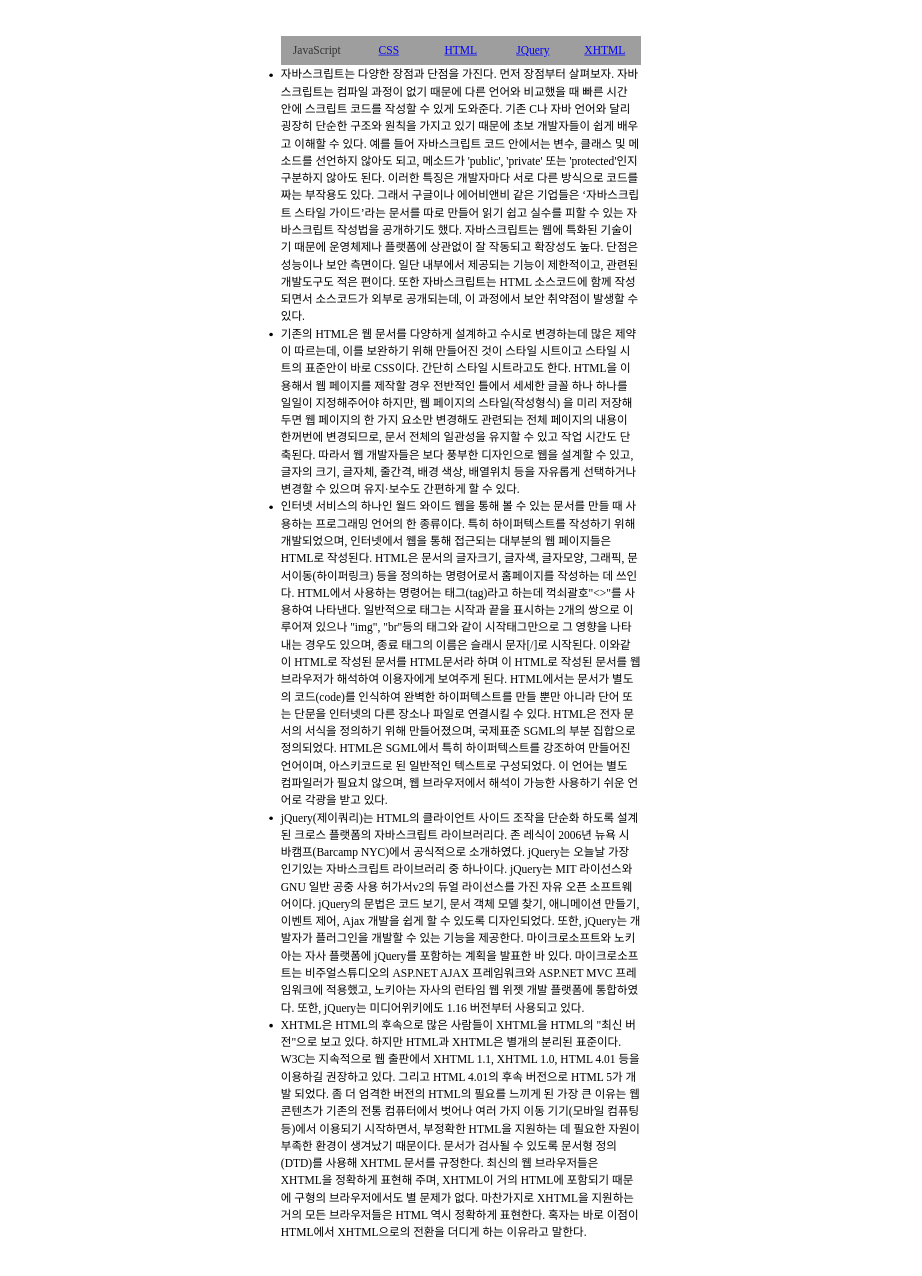
Repository: RYE415/4.jsp
Page: JQueryTest/src/main/webapp/4.effect/03.TabMenu.html
These files come from the project's save history. The page is drawn as it stood at one moment and after the next save; the edit follows.
The browser window is 1280 px wide. The pictures show the whole page, at 72% of full size.
Pictures or frames that could not be fetched are drawn as grey boxes.

Above is the page before, as saved 2022-08-04 01:08:24.

### JQueryTest/src/main/webapp/4.effect/03.TabMenu.html
<!DOCTYPE html>
<html>
<head>
<meta charset="UTF-8">
<script type="text/javascript" src="http://code.jquery.com/jquery-3.3.1.min.js">
</script>
<title>03.TabMenu.html</title>
<style>
   * { /*모든 태그는 좌측 상단을 0,0을 기준으로 배치*/
   	 margin:0; /*바깥여백*/
   	 padding:0; /*안쪽여백*/
   }
   #container {
   	 width:500px; /*임의의 숫자,탭의 수, 탭의 넓이를 고려 작성*/
   	 margin:50px auto; /*상하의 여백 50px, 좌우 여백 자동으로 설정*/
   }
   ul.tab li{/*탭의 제목에 대해 스타일 적용*/
   list-style-type:none;
   width:100px;
   height:40px;
   float:left; /*왼쪽을 기준으로 정렬*/
   }
   ul.tab li a{/* 탭의 글자색, 정렬, 탭 이미지 불러오기 */
   	  background:url("./img/tab.jpg");
   	  display:block;
   	  color:blue;/*탭 제목의 글자*/
   	  line-height:40px; /*행간*/
   	  text-align:center;
   }
   ul.tab li a.selected{/*맨 처음의 자바스크립트탭을 설정*/
   	  background:url("./img/tab_selected.jpg");
   	  text-decoration:none;
   	  /*텍스트 밑줄(underline,overline,line-through)*/
   	  color:#333;
   	  cursor:default; /*손가락이 아닌 default 화살표*/
   }

</style>
<script>
  $(function(){
  })
</script>
</head>
<body>
	<div id="container">
		<ul class="tab"><!-- 탭 제목만 따로 설정,
							 링크 걸 때 # 키워드를 찾아갈 수 있도록 설계 -->
			<li><a href="#tab1" class="selected">JavaScript<a></li>
			<li><a href="#tab2">CSS<a></li>
			<li><a href="#tab3">HTML<a></li>
			<li><a href="#tab4">JQuery<a></li>
			<li><a href="#tab5">XHTML<a></li>
		</ul>
		<ul class="panel"><!-- 선택된 탭에 따라서 내용이 나오는 방법 -->
			<li id="tab1"><!-- 자바스크립트 -->
				자바스크립트는 다양한 장점과 단점을 가진다. 먼저 장점부터 살펴보자.
				자바스크립트는 컴파일 과정이 없기 때문에 다른 언어와 비교했을 때 빠른 시간 안에 스크립트 코드를 작성할 수 있게
				도와준다. 기존 C나 자바 언어와 달리 굉장히 단순한 구조와 원칙을 가지고 있기 때문에 초보 개발자들이 쉽게 배우고 이해할
				수 있다. 예를 들어 자바스크립트 코드 안에서는 변수, 클래스 및 메소드를 선언하지 않아도 되고, 메소드가
				'public', 'private' 또는 'protected'인지 구분하지 않아도 된다. 이러한 특징은 개발자마다 서로
				다른 방식으로 코드를 짜는 부작용도 있다. 그래서 구글이나 에어비앤비 같은 기업들은 ‘자바스크립트 스타일 가이드’라는
				문서를 따로 만들어 읽기 쉽고 실수를 피할 수 있는 자바스크립트 작성법을 공개하기도 했다. 자바스크립트는 웹에 특화된
				기술이기 때문에 운영체제나 플랫폼에 상관없이 잘 작동되고 확장성도 높다. 단점은 성능이나 보안 측면이다. 일단 내부에서
				제공되는 기능이 제한적이고, 관련된 개발도구도 적은 편이다. 또한 자바스크립트는 HTML 소스코드에 함께 작성되면서
				소스코드가 외부로 공개되는데, 이 과정에서 보안 취약점이 발생할 수 있다.
			</li>
			<li id="tab2"><!-- CSS -->
				기존의 HTML은 웹 문서를 다양하게 설계하고 수시로 변경하는데 많은 제약이
				따르는데, 이를 보완하기 위해 만들어진 것이 스타일 시트이고 스타일 시트의 표준안이 바로 CSS이다. 간단히 스타일
				시트라고도 한다. HTML을 이용해서 웹 페이지를 제작할 경우 전반적인 틀에서 세세한 글꼴 하나 하나를 일일이 지정해주어야
				하지만, 웹 페이지의 스타일(작성형식) 을 미리 저장해 두면 웹 페이지의 한 가지 요소만 변경해도 관련되는 전체 페이지의
				내용이 한꺼번에 변경되므로, 문서 전체의 일관성을 유지할 수 있고 작업 시간도 단축된다. 따라서 웹 개발자들은 보다 풍부한
				디자인으로 웹을 설계할 수 있고, 글자의 크기, 글자체, 줄간격, 배경 색상, 배열위치 등을 자유롭게 선택하거나 변경할 수
				있으며 유지·보수도 간편하게 할 수 있다.
			</li>
			<li id="tab3"><!-- HTML -->
				인터넷 서비스의 하나인 월드 와이드 웹을 통해 볼 수 있는 문서를 만들 때
				사용하는 프로그래밍 언어의 한 종류이다. 특히 하이퍼텍스트를 작성하기 위해 개발되었으며, 인터넷에서 웹을 통해 접근되는
				대부분의 웹 페이지들은 HTML로 작성된다. HTML은 문서의 글자크기, 글자색, 글자모양, 그래픽, 문서이동(하이퍼링크)
				등을 정의하는 명령어로서 홈페이지를 작성하는 데 쓰인다. HTML에서 사용하는 명령어는 태그(tag)라고 하는데
				꺽쇠괄호"<>"를 사용하여 나타낸다. 일반적으로 태그는 시작과 끝을 표시하는 2개의 쌍으로 이루어져 있으나 "img",
				"br"등의 태그와 같이 시작태그만으로 그 영향을 나타내는 경우도 있으며, 종료 태그의 이름은 슬래시 문자[/]로
				시작된다. 이와같이 HTML로 작성된 문서를 HTML문서라 하며 이 HTML로 작성된 문서를 웹 브라우저가 해석하여
				이용자에게 보여주게 된다. HTML에서는 문서가 별도의 코드(code)를 인식하여 완벽한 하이퍼텍스트를 만들 뿐만 아니라
				단어 또는 단문을 인터넷의 다른 장소나 파일로 연결시킬 수 있다. HTML은 전자 문서의 서식을 정의하기 위해
				만들어졌으며, 국제표준 SGML의 부분 집합으로 정의되었다. HTML은 SGML에서 특히 하이퍼텍스트를 강조하여 만들어진
				언어이며, 아스키코드로 된 일반적인 텍스트로 구성되었다. 이 언어는 별도 컴파일러가 필요치 않으며, 웹 브라우저에서 해석이
				가능한 사용하기 쉬운 언어로 각광을 받고 있다.
			</li>
			<li id="tab4"><!-- jQuery -->
				jQuery(제이쿼리)는 HTML의 클라이언트 사이드 조작을 단순화
				하도록 설계된 크로스 플랫폼의 자바스크립트 라이브러리다. 존 레식이 2006년 뉴욕 시 바캠프(Barcamp NYC)에서
				공식적으로 소개하였다. jQuery는 오늘날 가장 인기있는 자바스크립트 라이브러리 중 하나이다. jQuery는 MIT
				라이선스와 GNU 일반 공중 사용 허가서v2의 듀얼 라이선스를 가진 자유 오픈 소프트웨어이다. jQuery의 문법은 코드
				보기, 문서 객체 모델 찾기, 애니메이션 만들기, 이벤트 제어, Ajax 개발을 쉽게 할 수 있도록 디자인되었다. 또한,
				jQuery는 개발자가 플러그인을 개발할 수 있는 기능을 제공한다. 마이크로소프트와 노키아는 자사 플랫폼에 jQuery를
				포함하는 계획을 발표한 바 있다. 마이크로소프트는 비주얼스튜디오의 ASP.NET AJAX 프레임워크와 ASP.NET MVC
				프레임워크에 적용했고, 노키아는 자사의 런타임 웹 위젯 개발 플랫폼에 통합하였다. 또한, jQuery는 미디어위키에도
				1.16 버전부터 사용되고 있다.
			</li>
			<li id="tab5"><!-- XHTML -->
				XHTML은 HTML의 후속으로 많은 사람들이 XHTML을 HTML의
				"최신 버전"으로 보고 있다. 하지만 HTML과 XHTML은 별개의 분리된 표준이다. W3C는 지속적으로 웹 출판에서
				XHTML 1.1, XHTML 1.0, HTML 4.01 등을 이용하길 권장하고 있다. 그리고 HTML 4.01의 후속
				버전으로 HTML 5가 개발 되었다. 좀 더 엄격한 버전의 HTML의 필요를 느끼게 된 가장 큰 이유는 웹 콘텐츠가 기존의
				전통 컴퓨터에서 벗어나 여러 가지 이동 기기(모바일 컴퓨팅 등)에서 이용되기 시작하면서, 부정확한 HTML을 지원하는 데
				필요한 자원이 부족한 환경이 생겨났기 때문이다. 문서가 검사될 수 있도록 문서형 정의(DTD)를 사용해 XHTML 문서를
				규정한다. 최신의 웹 브라우저들은 XHTML을 정확하게 표현해 주며, XHTML이 거의 HTML에 포함되기 때문에 구형의
				브라우저에서도 별 문제가 없다. 마찬가지로 XHTML을 지원하는 거의 모든 브라우저들은 HTML 역시 정확하게 표현한다.
				혹자는 바로 이점이 HTML에서 XHTML으로의 전환을 더디게 하는 이유라고 말한다.
			</li>
		</ul>
	</div>

</body>
</html>

After the next save:
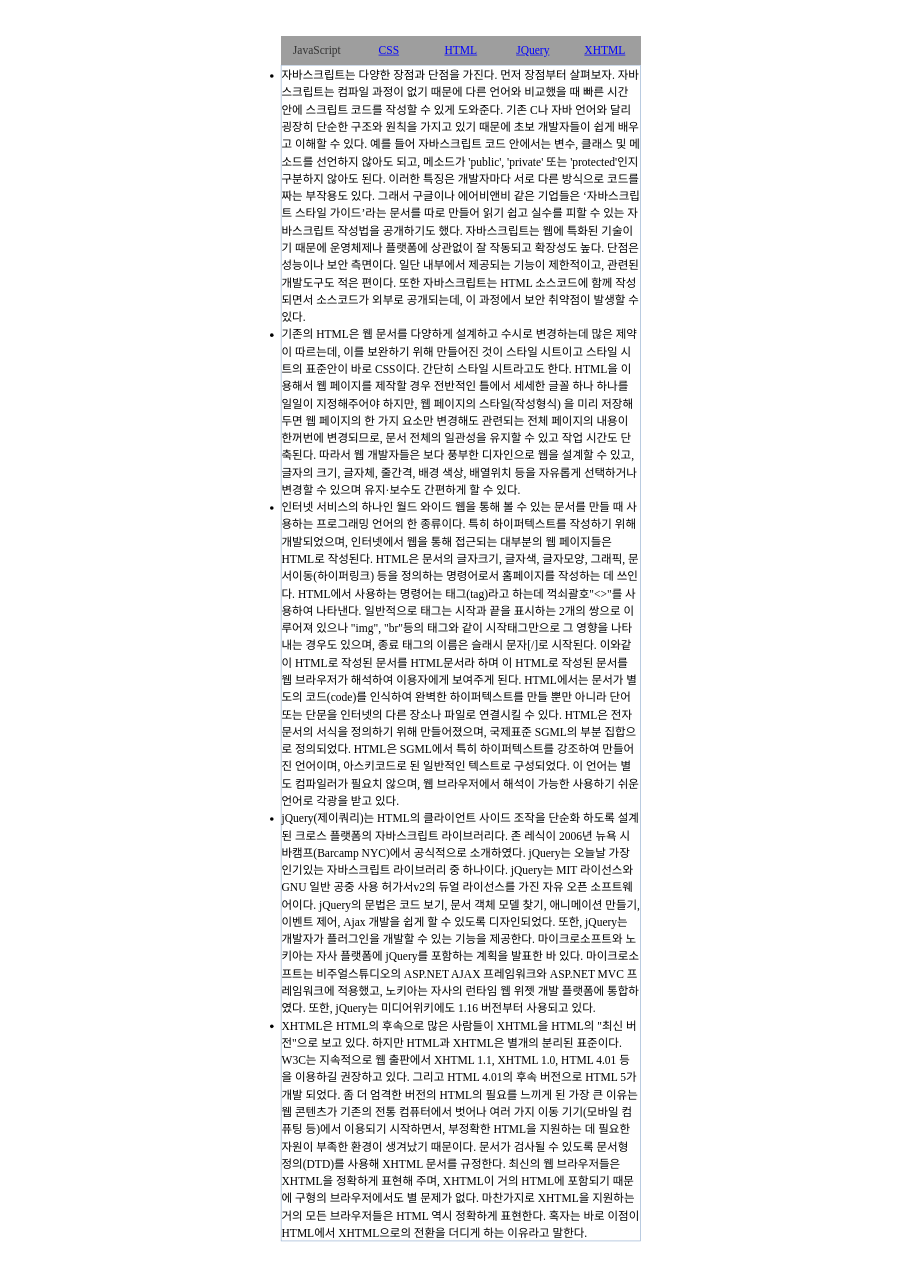
Saved 4 min 15 s later.
--- a/JQueryTest/src/main/webapp/4.effect/03.TabMenu.html
+++ b/JQueryTest/src/main/webapp/4.effect/03.TabMenu.html
@@ -33,6 +33,10 @@
    	  /*텍스트 밑줄(underline,overline,line-through)*/
    	  color:#333;
    	  cursor:default; /*손가락이 아닌 default 화살표*/
+   }
+   ul.panel {
+   	  clear:both; /*위의 배치방법 초기화*/
+   	  border:1px solid #9FB7D4;
    }
 
 </style>
